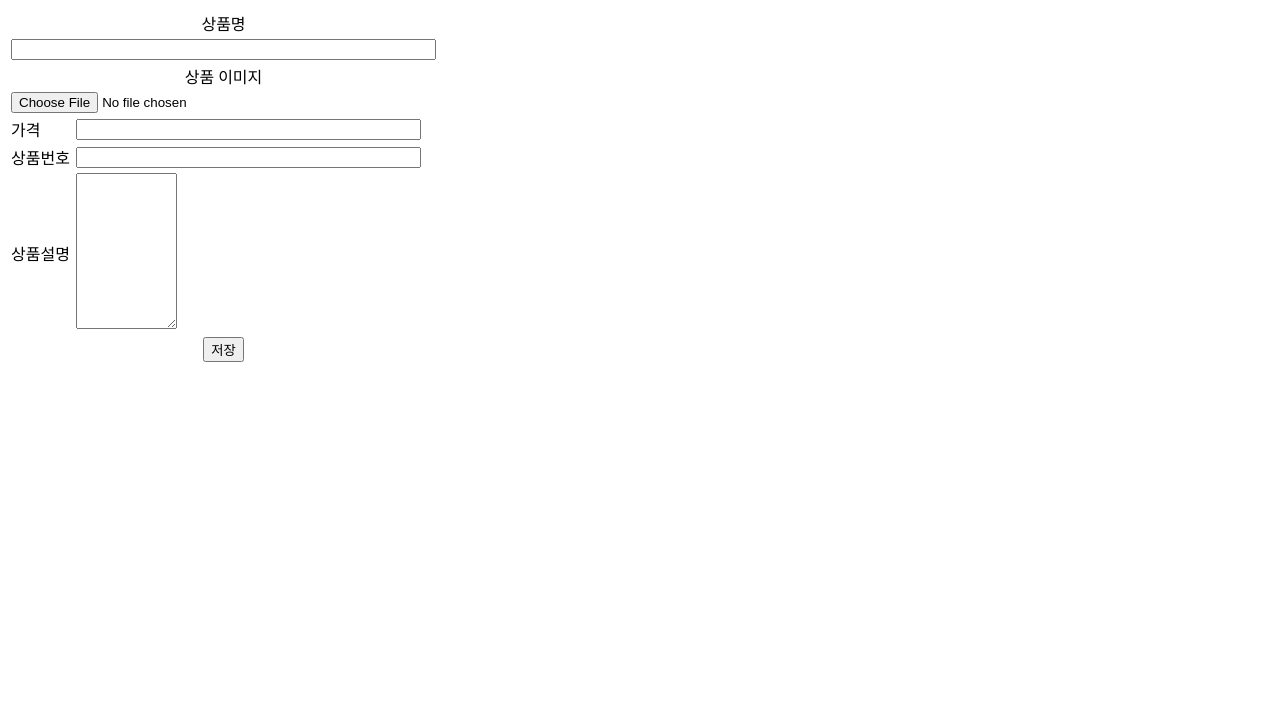
Repository: gunvv00/Java_practice
Page: html_work/html01/WebContent/goods.html
The author's editor kept a copy of each file at every save. The page is drawn from the files as they stood at one save, then again after the next save.
The browser window is 1280 px wide. The pictures show the whole page.

Above is the page before, as saved 2020-01-02 07:40:57.

### html_work/html01/WebContent/goods.html
<!DOCTYPE html>
<html>
<head>
<meta charset="UTF-8">
<title>상품등록</title>
</head>
<body>
<form action = "good.jsp" method = "post">
	<TABLE Border = 0 height = 300 width = 300 >
		<tr>
			<td align = "center" colspan = "2">상품명</td>
		</tr>
		<tr>
			<td align = "center" colspan = "2"><input type = "product" name="" value = ""  size = "50"></td>
		</tr>
		<tr>
			<td align = "center" colspan = "2">상품 이미지</td>
		</tr>
		<tr>
			<td colspan = "2"><input type='file' name='file' value ="" /></td>
		</tr>
		<tr>
			<td>가격</td>
			<td><input type = "price" name="" value = "" size = "40" ></td>
		</tr>
		<tr>
			<td>상품번호</td>
			<td><input type = "produtNumber" name="" value = "" size = "40" ></td>
		</tr>
		<tr>
			<td>상품설명</td>
			<td><textarea name = "" rows = "10" cols="10">  </textarea></td>
		</tr>
		<tr align="center">
			<td colspan="2"><input type = "submit" value = "저장"/>	</td>

		</tr>
	</TABLE>




</body>
</html>

After the next save:
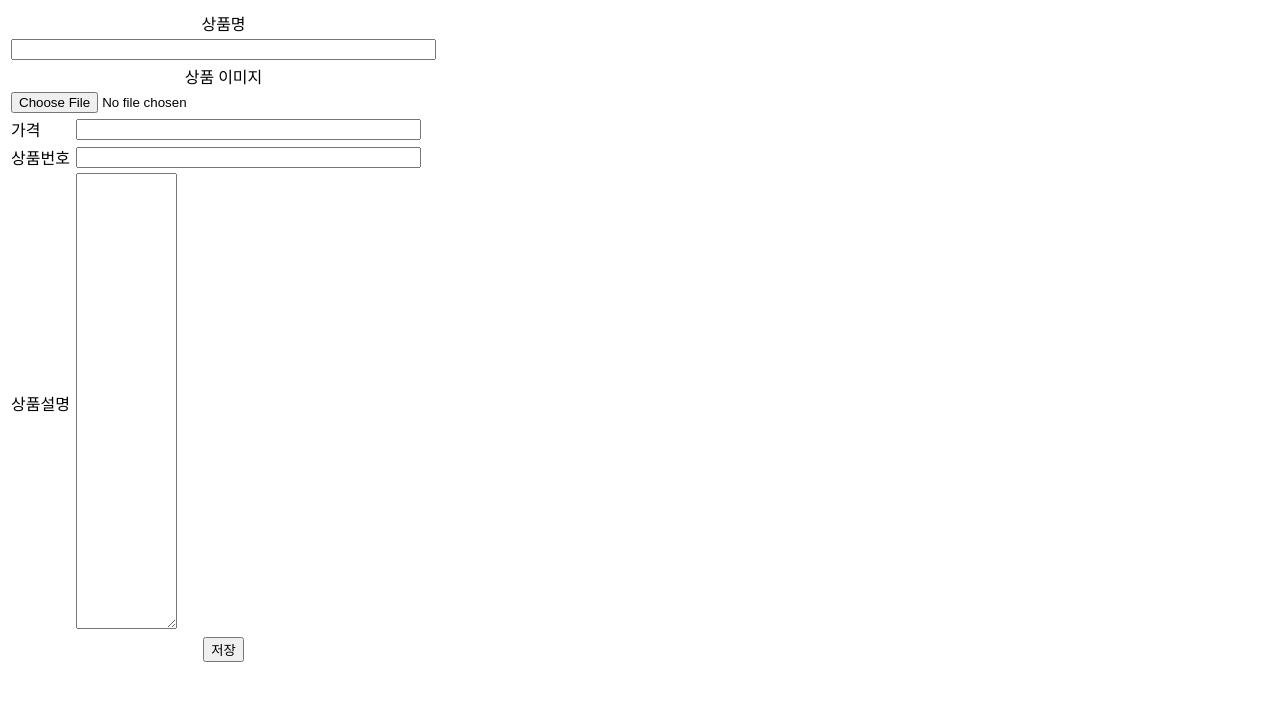
Saved 8 s later.
--- a/html_work/html01/WebContent/goods.html
+++ b/html_work/html01/WebContent/goods.html
@@ -29,7 +29,7 @@
 		</tr>
 		<tr>
 			<td>상품설명</td>
-			<td><textarea name = "" rows = "10" cols="10">  </textarea></td>
+			<td><textarea name = "" rows = "30" cols="10">  </textarea></td>
 		</tr>
 		<tr align="center">
 			<td colspan="2"><input type = "submit" value = "저장"/>	</td>
